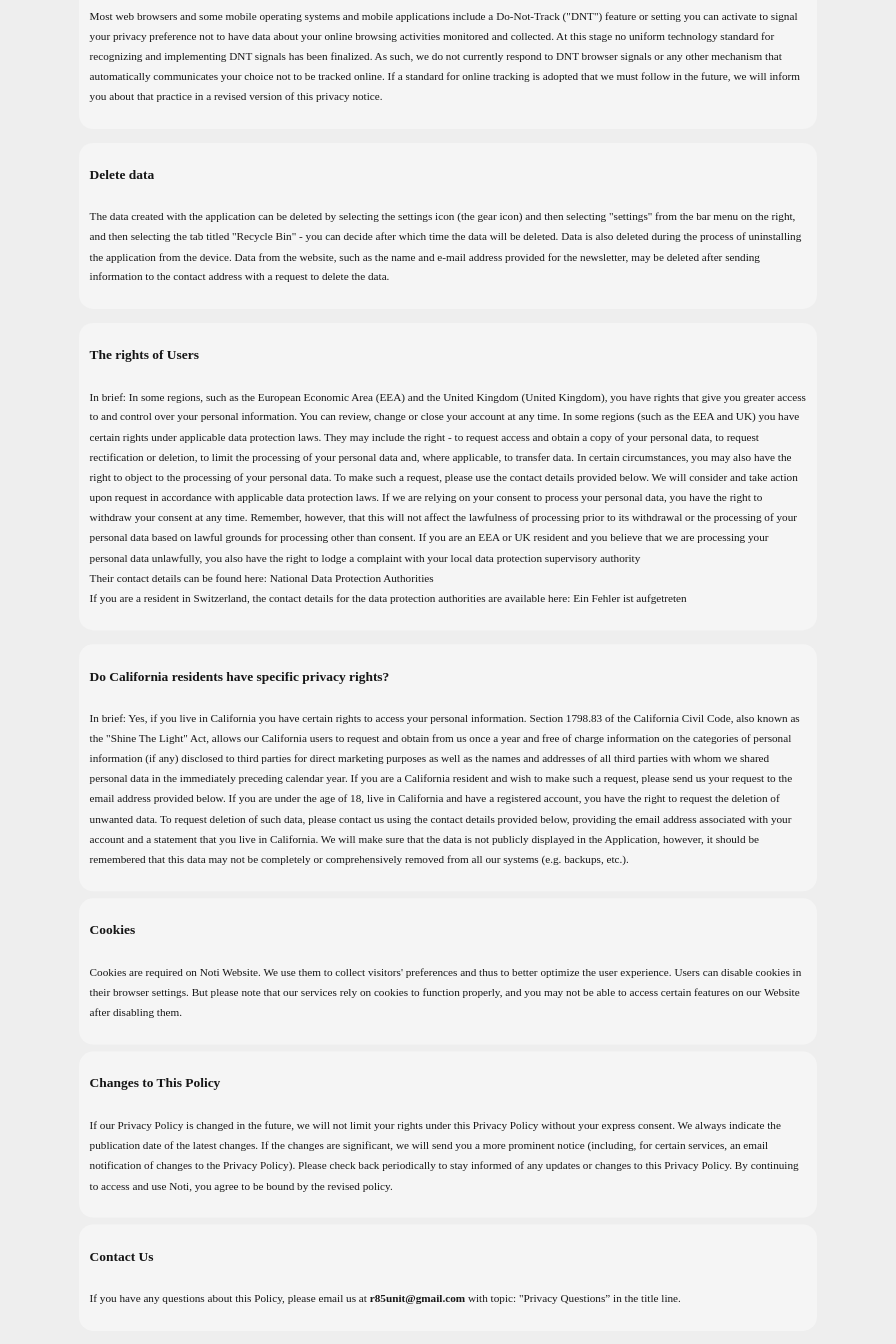
Repository: RafalSiuta/notiweb
Page: policy.html
An editor plug-in stored every save of this project. The page is shown before and after the next save, followed by the edit.
The browser window is 1280 px wide. The pictures show the part of the page from y = 1665 to 3585 px (the page is 3585 px tall before and 3557 px after), at 70% of full size.

Above is the page before, as saved 2024-12-15 02:13:50.

### policy.html
<!DOCTYPE html>
<!--[if lt IE 7]>      <html class="no-js lt-ie9 lt-ie8 lt-ie7"> <![endif]-->
<!--[if IE 7]>         <html class="no-js lt-ie9 lt-ie8"> <![endif]-->
<!--[if IE 8]>         <html class="no-js lt-ie9"> <![endif]-->
<!--[if gt IE 8]>      <html class="no-js"> <!--<![endif]-->
<html>
    <head>
        <meta charset="utf-8">
        <meta http-equiv="X-UA-Compatible" content="IE=edge">
        <title>Noti privacy policy</title>
        <meta name="Noti mobile app privacy policy" content="">
        <meta name="viewport" content="width=device-width, initial-scale=1">
        <link rel="stylesheet" href="/styles/styles.css">
    </head>
    <body>
        <nav>
            <ul>
                <li><a href="index.html">Home</a></li>
                <li><a href="index.html">About</a></li>
                <li><a href="index.html">Home</a></li>
                <li><a href="index.html">Download</a></li>
            </ul>
        </nav>

        <div class="main">
            <header>
                <h1>Privacy policy</h1>
            </header>

            <div class="item">

                <h3>Device permissions for Personal Data access</h3>
                <p>Depending on the User's specific device, this Application may request certain permissions that allow it to access the
                    User's device Data as described below.
                    By default, these permissions must be granted by the User before the respective information can be accessed. Once
                    the
                    permission has been given, it can be revoked by the User at any time. In order to revoke these permissions, Users
                    may
                    refer to the device settings.
                    The exact procedure for controlling app permissions may be dependent on the User's device and software.
                    Please note that the revoking of such permissions might impact the proper functioning of this Application.
                    If User grants any of the permissions listed below, the respective Personal Data may be processed (i.e accessed to,
                    modified or removed) by Noti</p>
            </div>
            <div class="item">
                <h3>Wake-lock permission</h3>
                <p>For local notifications, the app needs to wake up the screen or processor and keep it awake to remind the user of coming
                tasks.</p>
            </div>
            <div class="item">
                <h3>Camera and image gallery permission</h3>
                <p>Used for accessing the camera or capturing images from the device.</p>
            </div>
            <div class="item">
                <h3>Read and write external storage permission</h3>
                <p>Data saved by the user, i.e. tasks from the calendar and notes are stored locally only.</p>
            </div>
            <div class="item">
                <h3>Information Noti collects</h3>
                <p>This application does not collect personal information. Data created by the user with Noti (ie calendar entries,
                tasks
                and notes) is stored locally and only the user has access to it. Noti in no way makes this data available to third
                parties or stores it in the cloud.</p>
            </div>
            <div class="item">
                <h3>Communicate with you & improve our services</h3>
                <p>We collect information about the browsers and devices you use to access Noti.
                We only collect personal data required to deliver our services, and we only store it to the extent that it is
                essential
                to perform these services.
                Noti collects email addresses from those who communicate with us via email, as well as information provided through
                voluntary activities such as site registration or survey participation. We use the information we collect to
                interact
                with you directly.</p>
            </div>
            <div class="item">
                <h3>Privacy controls & security</h3>
                <p>The created data, i.e. tasks and notes saved in the calendar, are stored locally on the user's device
                the application in no way
                shared this data with third parties or stores it in the cloud. Only the user can access them from their device.
                Noti will never sell your personal data with a third party, and we will never share data to third parties without
                your permission. When absolutely necessary, Noti uses third party services and hosting partners who are
                GDPR-compliant. In such instances, we take essential security methods to guarantee that we comply with GDPR when sending
                and receiving data from third parties.</p>
            </div>
            <div class="item">
                <h3>Controls for DO-NOT-TRACK features</h3>
                <p>Most web browsers and some mobile operating systems and mobile applications include a Do-Not-Track ("DNT") feature or
                setting you can activate to signal your privacy preference not to have data about your online browsing activities
                monitored and collected. At this stage no uniform technology standard for recognizing and implementing DNT signals has
                been finalized. As such, we do not currently respond to DNT browser signals or any other mechanism that automatically
                communicates your choice not to be tracked online. If a standard for online tracking is adopted that we must follow in
                the future, we will inform you about that practice in a revised version of this privacy notice.</p>
            </div>
            <div class="item">
                <h3>Delete data</h3>
                <p>The data created with the application can be deleted by selecting the settings icon (the gear icon) and then selecting
                "settings" from the bar menu on the right, and then selecting the tab titled "Recycle Bin" - you can decide after which
                time the data will be deleted. Data is also deleted during the process of uninstalling the application from the device.
                Data from the website, such as the name and e-mail address provided for the newsletter, may be deleted after sending
                information to the contact address with a request to delete the data.</p>
            </div>
            <div class="item">
                <h3>The rights of Users</h3>
                <p>In brief: In some regions, such as the European Economic Area (EEA) and the United Kingdom (United Kingdom), you have
                rights that give you greater access to and control over your personal information. You can review, change or close your
                account at any time. In some regions (such as the EEA and UK) you have certain rights under applicable data protection
                laws. They may include the right - to request access and obtain a copy of your personal data, to request rectification
                or deletion, to limit the processing of your personal data and, where applicable, to transfer data. In certain
                circumstances, you may also have the right to object to the processing of your personal data. To make such a request,
                please use the contact details provided below. We will consider and take action upon request in accordance with
                applicable data protection laws. If we are relying on your consent to process your personal data, you have the right to
                withdraw your consent at any time. Remember, however, that this will not affect the lawfulness of processing prior to
                its withdrawal or the processing of your personal data based on lawful grounds for processing other than consent. If you
                are an EEA or UK resident and you believe that we are processing your personal data unlawfully, you also have the right
                to lodge a complaint with your local data protection supervisory authority <br>
                Their contact details can be found here:
                <a href="https://ec.europa.eu/newsroom/article29/items/612080">National Data Protection Authorities</a><br>
                If you are a resident in Switzerland, the contact details for the data protection authorities are available here: <a
                    href="https://www.edoeb.admin.ch/edoeb/en/home.html.">Ein Fehler ist aufgetreten</p>
            </div>
            <div class="item">
                <h3>Do California residents have specific privacy rights?</h3>
                <p>In brief: Yes, if you live in California you have certain rights to access your personal information. Section 1798.83 of
                the California Civil Code, also known as the "Shine The Light" Act, allows our California users to request and obtain
                from us once a year and free of charge information on the categories of personal information (if any) disclosed to third
                parties for direct marketing purposes as well as the names and addresses of all third parties with whom we shared
                personal data in the immediately preceding calendar year. If you are a California resident and wish to make such a
                request, please send us your request to the email address provided below. If you are under the age of 18, live in
                California and have a registered account, you have the right to request the deletion of unwanted data. To request
                deletion of such data, please contact us using the contact details provided below, providing the email address
                associated with your account and a statement that you live in California. We will make sure that the data is not
                publicly displayed in the Application, however, it should be remembered that this data may not be completely or
                comprehensively removed from all our systems (e.g. backups, etc.).</p>
            </div>
            <div class="item">
                <h3>Cookies</h3>
                <p>Cookies are required on Noti Website. We use them to collect visitors' preferences and thus to better optimize the
                user experience. Users can disable cookies in their browser settings. But please note that our services rely on cookies
                to function properly, and you may not be able to access certain features on our Website after disabling them.</p>
            </div>
            <div class="item">
                <h3>Changes to This Policy</h3>
                <p>If our Privacy Policy is changed in the future, we will not limit your rights under this Privacy Policy without your
                express consent. We always indicate the publication date of the latest changes. If the changes are significant, we will
                send you a more prominent notice (including, for certain services, an email notification of changes to the Privacy
                Policy).
                Please check back periodically to stay informed of any updates or changes to this Privacy Policy. By continuing to
                access and use Noti, you agree to be bound by the revised policy.
                </p>
            </div>
            <div class="item">
                <h3>Contact Us</h3>
                <p>If you have any questions about this Policy, please email us at <b>r85unit@gmail.com</b> with topic: "Privacy Questions”
                in the title line.
                </p>
            </div>
        </div>

        <footer>
            <a class="policy-link" href="index.html">Back to homepage</a>
        </footer>
        <script src="" async defer></script>
    </body>
</html>

### styles/styles.css
@font-face {
    font-family: "Exo-medium";
    src:url("fonts/Exo2-Medium.ttf") format("ttf");
    font-family: "Exo-black";
    src: url("fonts/Exo2-Black.ttf") format("ttf");

}
body {
    background-color: #EEEEEE;

}
nav{
    width: 100vw;
    position: fixed;
}
 ul{
    width: 80vw;
    height: 40px;
    top: 0;
    margin: 5px auto;

    background-color: antiquewhite;

    text-align: right;
}

li{
    display: inline;
    margin: 10px;
}
a {
    color: #161616;
    font-size: 1em;
    text-decoration: none;
    font-family: "Exo-medium";
    z-index: 2;
}
.main{
    display: flex;
    flex-direction: column;
    align-items: center;
    padding: 70px auto;
}

h1, h3{
    font-family: "Exo-black";
    font-size: 1.2em;
    color: #161616;
}

h1{
    font-size: 1.5em;
}

section{
    width: 100vw;
    height: 100vh;
    display: flex;
    justify-content: center;
    align-items: center;
}
footer{
    bottom: 0;
    height: 50px;
    width: 100vw;
    background-color: aqua;
    position: fixed;
    text-align: center;
    z-index: 2;
}
.policy-link{
    font-family: "Exo-medium";
    font-size: 1em;
    color: #161616;
    padding: 5px;
}
.item {
    display: flex;
    flex-direction: column;
    width: 80vw;
    text-align: left;
    margin: 10px auto;
    background-color: #f5f5f5;
    padding: 15px;
    border-radius: 20px;
}
p{
    line-height: 1.8em;
    font-family: 'Exo-medium';
    color: #161616;
}
header{
    width: 80vw;
    text-align: left;
    margin: 10px auto;

}

After the next save:
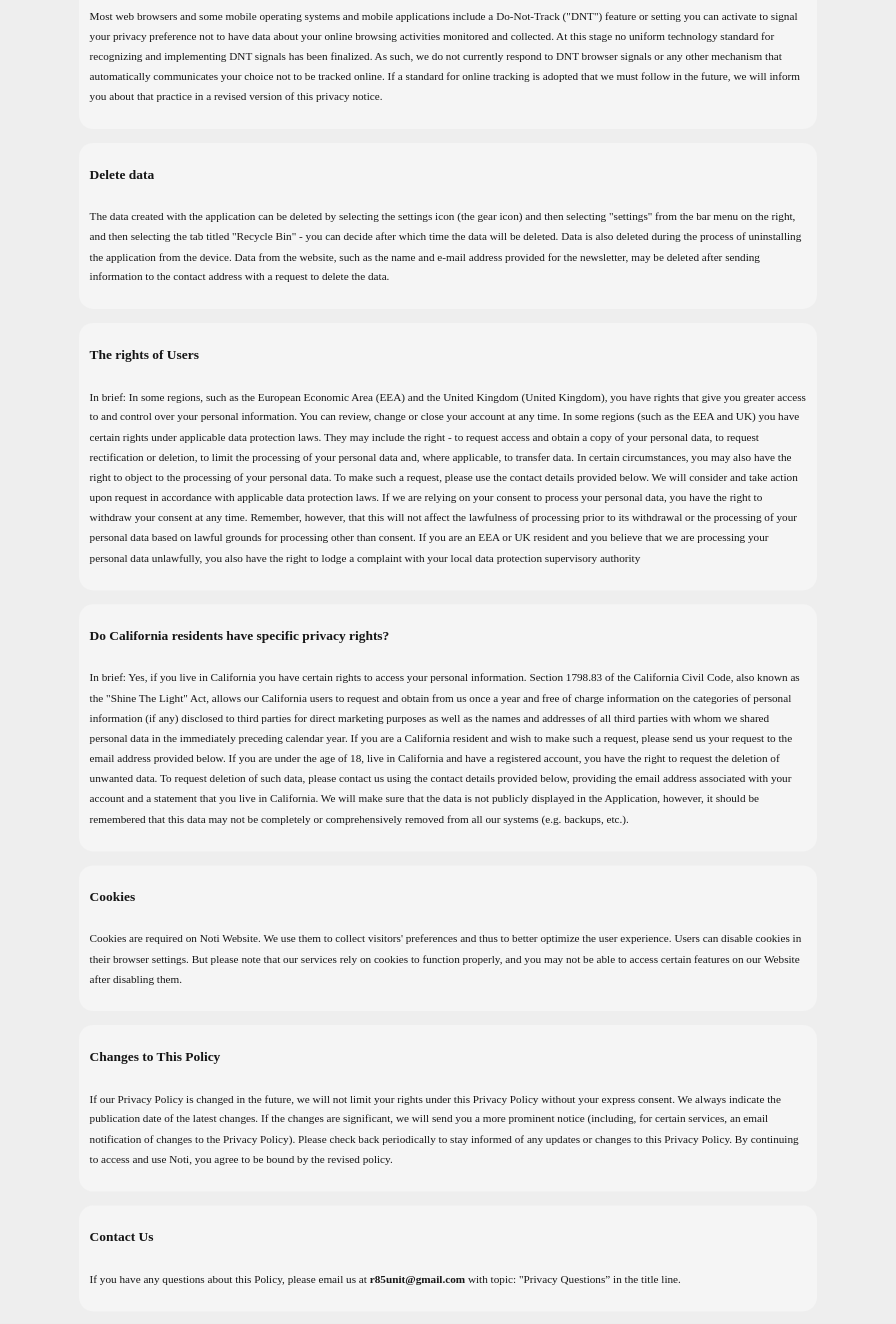
Saved 2 min 4 s later.
--- a/policy.html
+++ b/policy.html
@@ -113,11 +113,7 @@
                 withdraw your consent at any time. Remember, however, that this will not affect the lawfulness of processing prior to
                 its withdrawal or the processing of your personal data based on lawful grounds for processing other than consent. If you
                 are an EEA or UK resident and you believe that we are processing your personal data unlawfully, you also have the right
-                to lodge a complaint with your local data protection supervisory authority <br>
-                Their contact details can be found here:
-                <a href="https://ec.europa.eu/newsroom/article29/items/612080">National Data Protection Authorities</a><br>
-                If you are a resident in Switzerland, the contact details for the data protection authorities are available here: <a
-                    href="https://www.edoeb.admin.ch/edoeb/en/home.html.">Ein Fehler ist aufgetreten</p>
+                to lodge a complaint with your local data protection supervisory authority <br></p>
             </div>
             <div class="item">
                 <h3>Do California residents have specific privacy rights?</h3>
